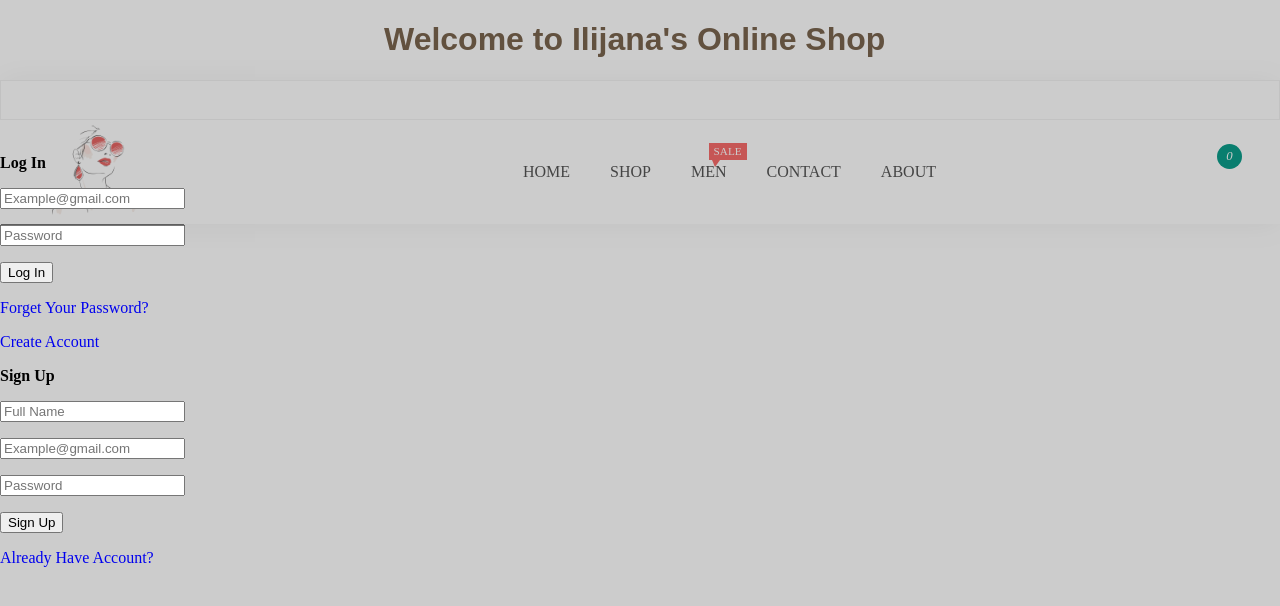
Repository: ilijana123/Proekt1
Page: html.html
An editor plug-in stored every save of this project. The page is shown before and after the next save, followed by the edit.
The browser window is 1280 px wide. The pictures show the whole page.

Above is the page before, as saved 2023-11-13 02:44:27.

### html.html
<!DOCTYPE html>
<html>
    <head>

    <meta charset="utf-8">
    <title>Online shop</title>
    <link rel="stylesheet" type="text/css" href="1.css">
    <script src="script.js"></script>

    </head>

    <body>
    <header>
       <h1>Welcome to Ilijana's Online Shop</h1>
    </header>
    <nav>
 <div class="social-call">
     <div class="social">
         <a href="#"><i class="fab fa-facebook-f"></i></a>
         <a href="#"><i class="fab fa-twitter"></i></a>
         <a href="#"><i class="fab fa-youtube"></i></a>
         <a href="#"><i class="fab fa-instagram"></i></a>
     </div>
 </div>
 <div class="navigation">
     <a href="#" class="logo"><img src="logo.png"></a>
     <div class="toggle"></div>
     <ul class="menu">
         <li><a href="#">Home</a></li>
         <li  class="shop"><a href="#" >Shop</a></li>
         <li><a href="#">Men</a>
             <span class="sale-lable">Sale</span>
         </li>
         <li><a href="#">Contact</a></li>
         <li><a href="#">About</a></li>
     </ul>
     <div class="right-menu">
         <a href="javascript:void(0);" class="search">
             <i class="fas fa-search"></i>
         </a>
         <a href="javascript:void(0);" class="user">
             <i class="far fa-user"></i>
         </a>
         <a href="#">
             <i class="fas fa-shopping-cart">
                 <span class="num-cart-product">0</span>
             </i>
         </a>
     </div>
     </div>
 </nav>
 <div class="search-bar">
    <div class="search-input">
    <input type="text" placeholder="Search For Product" name="search" />
    <a href="javascript:void(0);" class="search-cancel">
        <i class="fas fa-times"></i>
    </a>
</div>
</div>
 <div class="form">
    <div class="login-form">
        <a href="javascript:void(0);" class="form-cancel">
            <i class="fas fa-times"></i>
        </a>
        <strong>Log In</strong>
        <form>
            <p><input type="email" name="email" placeholder="Example@gmail.com" required/></p>
            <p><input type="password" name="password" placeholder="Password" required/></p>
            <p><input type="submit" value="Log In"/></p>
        </form>
        <div class="form-btns">
            <p><a href="#" class="forget">Forget Your Password?</a></p>
            <p><a href="javascript:void(0);" class="sign-up-btn">Create Account</a></p>
        </div>
    </div>
        <div class="sign-up-form">
        <a href="javascript:void(0);" class="form-cancel">
            <i class="fas fa-times"></i>
        </a>
            <strong>Sign Up</strong>
            <form>
                <p><input type="text" name="fullname" placeholder="Full Name" required/></p>
                <p><input type="email" name="email" placeholder="Example@gmail.com" required/></p>
                <p><input type="password" name="password" placeholder="Password" required/></p>
                <p><input type="submit" value="Sign Up"/></p>
            </form>
            <div class="form-btns">
                <a href="javascript:void(0);" class="already-account">
                    Already Have Account?</a>

            </div>
        </div>
</div>


    </body>
</html>

### 1.css
h1  {
    font-family: fantasy;
    color:rgb(122, 101, 79);
    position:relative;
    margin-left: 30%;
}
body{
    margin:0px;
    padding: 0px;
    font-family: poppins;
    background-color: #ffffff;
}
*{
    box-sizing: border-box;
}
ul{
    list-style: none;
    margin-right: 80px;
    margin-left: 40px;
}
a{
    text-decoration: none;
}
nav{
    width:100%;
    box-shadow: 2px 2px 30px rgba(0,0,0,0.05);
    z-index: 100;
}
.social-call{
    height: 40px;
    border: 1px solid rgba(0,0,0,0.05);
    display: flex;
    justify-content: center;
    align-items: center;
}
.social a{
    margin: 0px 5px;
    color: rgba(0,0,0,0.7);
    font-size: 0.9rem;
}
.phone{
    color: rgba(0,0,0,0.7);
    margin-left: 30px;
    font-size: 0.9rem;
}
.social a:hover{
    color: #0b9d8a;
    transition: all ease 0.3s;
}
.navigation{
    display: flex;
    justify-content: space-between;
    align-items: center;
    padding: 0px 45px;
}
.logo img{
    height: 100px;
}
.menu{
    display: flex;
}
.menu li{
    position: relative;
    margin: 20px;
    display: flex;
    text-transform: uppercase;
    font-weight: 500;
}
.menu li a{
    color: #555555;
}
.right-menu a{
    margin: 0px 10px;
    font-size: 1.2rem;
    color: rgba(0,0,0,0.7);
}
.menu a:hover,
.right-menu a:hover,
.search-cancel:hover,
.form-cancel:hover{
    color: #0b9d8a;
    transition: all ease 0.3s;
}
.sale-lable{
    width:38px;
    height: 17px;
    background-color: #f76b6a;
    color: #ffffff;
    font-weight: 400;
    display: flex;
    justify-content: center;
    align-items: center;
    font-size: 0.7rem;
    text-transform: uppercase;
    position: absolute;
    top: -20px;
    right: -20px;
}
.sale-lable:after{
    content: '';
    width:0px;
    height: 0px;
    border-bottom: 5px solid transparent;
    border-left: 3px solid transparent;
    border-top: 7px solid #f76b6a;
    border-right: 5px solid transparent;
    position: absolute;
    left: 10%;
    top: 100%;
}
.fa-shopping-cart{
    position: relative;
}
.num-cart-product{
    position: absolute;
    top: -17px;
    right: -17px;
    width:25px;
    height: 25px;
    font-size: 0.8rem;
    border-radius: 50%;
    background-color: #0b9d8a;
    color: #ffffff;
    display: flex;
    justify-content: center;
    align-items: center;
    font-weight: 400;
}
.form{
    width:100%;
    height: 100%;
    position: fixed;
    top: 0px;
    left: 0px;
    background-color: rgba(0,0,0,0.2);
    display: flex;
    justify-content: center;
    flex-direction: column;
    z-index: 102;
}
.login-form,
.sign-up-form {
    display: inline-block;
    vertical-align: top; /* Додадете го ова за да бидат правилно подредени */
    margin-right: 20px; /* Додадете го ова за малку меѓусебно простор */
}

### script.js
function btnClicked()
{
    document.location.href="html1.html";
}

After the next save:
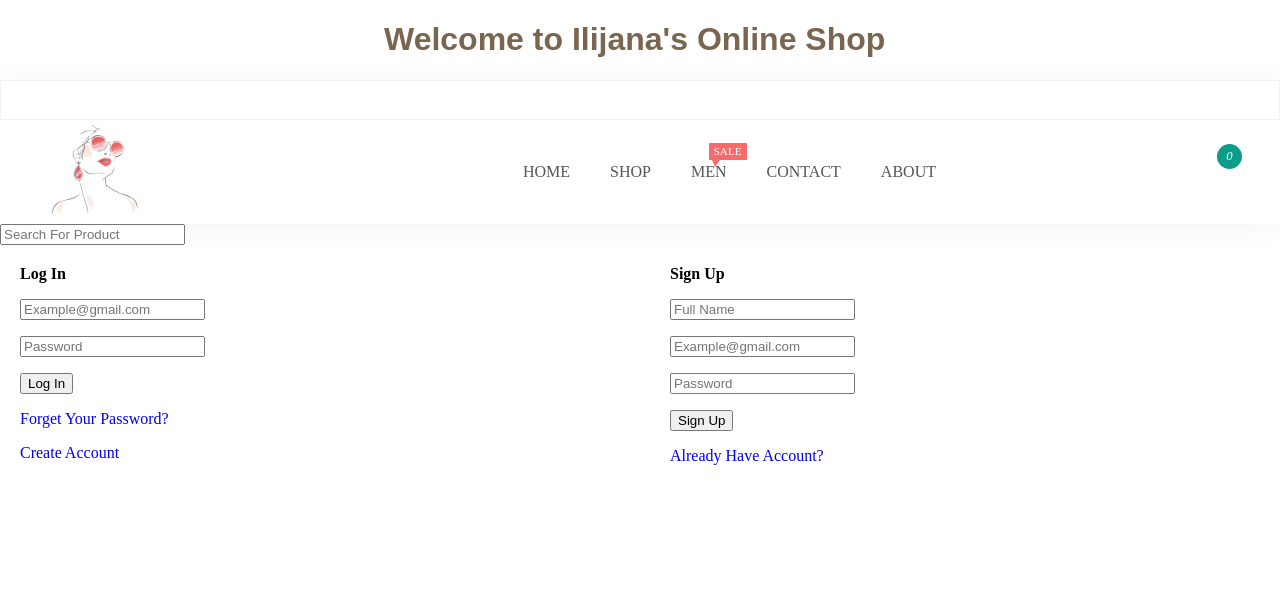
Saved 37 s later.
--- a/1.css
+++ b/1.css
@@ -126,21 +126,18 @@ nav{
     align-items: center;
     font-weight: 400;
 }
-.form{
-    width:100%;
-    height: 100%;
-    position: fixed;
-    top: 0px;
-    left: 0px;
-    background-color: rgba(0,0,0,0.2);
+.form {
     display: flex;
-    justify-content: center;
-    flex-direction: column;
-    z-index: 102;
 }
+
 .login-form,
 .sign-up-form {
-    display: inline-block;
-    vertical-align: top; /* Додадете го ова за да бидат правилно подредени */
-    margin-right: 20px; /* Додадете го ова за малку меѓусебно простор */
+    flex: 1;
+    padding: 20px; /* Прилагодете го ова според вашиот дизајн */
+    box-sizing: border-box;
 }
+
+.login-form {
+    margin-right: 20px; /* Опционално: Додадете меѓусебен простор */
+}
+Ова ќе ги пост
